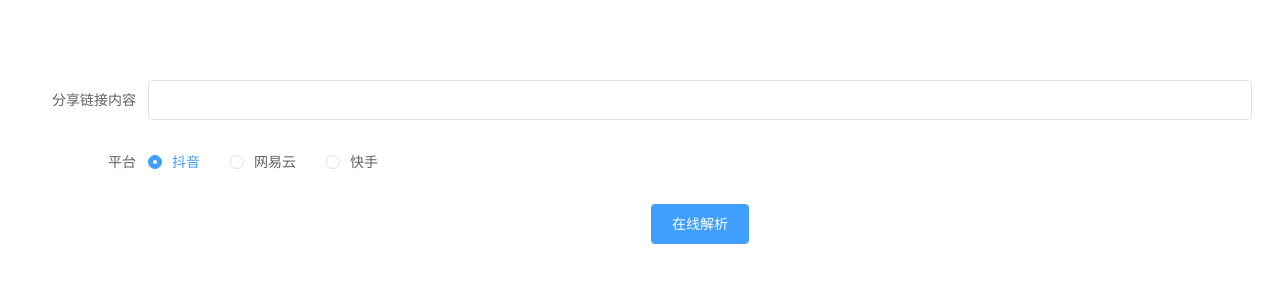
Repository: lyln/freepd
Page: / (app in frontend/freepd/)
An editor plug-in stored every save of this project. The page is shown before and after a run of saves, followed by the edit.
The browser window is 1280 px wide. The pictures show the whole page.
The project was rebuilt for these pictures with package versions that can differ from the ones it lists, and the page was loaded fresh each time.

Above is the page before, as saved 2022-05-22 17:55:14.

### frontend/freepd/index.html
<!DOCTYPE html>
<html>
  <head>
    <meta charset="utf-8">
    <meta name="viewport" content="width=device-width,initial-scale=1.0">
    <title>freepd</title>
  </head>
  <body>
    <div id="app"></div>
    <!-- built files will be auto injected -->
  </body>
</html>

### frontend/freepd/src/main.js
// The Vue build version to load with the `import` command
// (runtime-only or standalone) has been set in webpack.base.conf with an alias.
import Vue from 'vue'
import App from './App'
import router from './router'
import ElementUI from 'element-ui';
import 'element-ui/lib/theme-chalk/index.css';

Vue.config.productionTip = false
Vue.use(ElementUI)

/* eslint-disable no-new */
new Vue({
  el: '#app',
  router,
  components: { App },
  template: '<App/>'
})

### frontend/freepd/src/App.vue
<template>
	<div id="app">
		<router-view />
	</div>
</template>

<script>
export default {
	name: 'App',
}
</script>

<style>
#app {
	font-family: 'Avenir', Helvetica, Arial, sans-serif;
	-webkit-font-smoothing: antialiased;
	-moz-osx-font-smoothing: grayscale;
	text-align: center;
	color: #2c3e50;
	margin-top: 60px;
}
</style>

### frontend/freepd/src/components/HelloWorld.vue
<template>
	<el-container>
		<el-main style="wide: 80%">
			<el-row>
				<el-col :span="24">
					<div class="grid-content bg-purple-dark"></div>

					<el-form ref="form" :model="form" label-width="120px">
						<el-form-item label="分享链接内容">
							<el-input v-model="form.url"></el-input>
						</el-form-item>
						<el-form-item label="平台" label-width="120px">
							<div style="text-align: left">
								<el-radio-group v-model="form.type">
									<el-radio :label="1">抖音</el-radio>
									<el-radio :label="2">网易云</el-radio>
									<el-radio :label="3">快手</el-radio>
								</el-radio-group>
							</div>

						</el-form-item>
						<el-form-item>
							<el-button type="primary" @click="onSubmit">在线解析</el-button>
						</el-form-item>
					</el-form>

				</el-col>
			</el-row>
		</el-main>
	</el-container>

</template>
<script>
export default {
	name: 'HelloWorld',
	data() {
		return {
			msg: 'free parse download',
			form: {
				url: '',
				type: 1,
			},
		}
	},
	methods: {
		onSubmit() {
			console.log('submit!')
		},
	},
}
</script>

<!-- Add "scoped" attribute to limit CSS to this component only -->
<style scoped>
h1,
h2 {
	font-weight: normal;
}
ul {
	list-style-type: none;
	padding: 0;
}
li {
	display: inline-block;
	margin: 0 10px;
}
a {
	color: #42b983;
}
</style>

Loaded but not shown: frontend/freepd/src/router/index.js (common file)

After the next 2 saves:
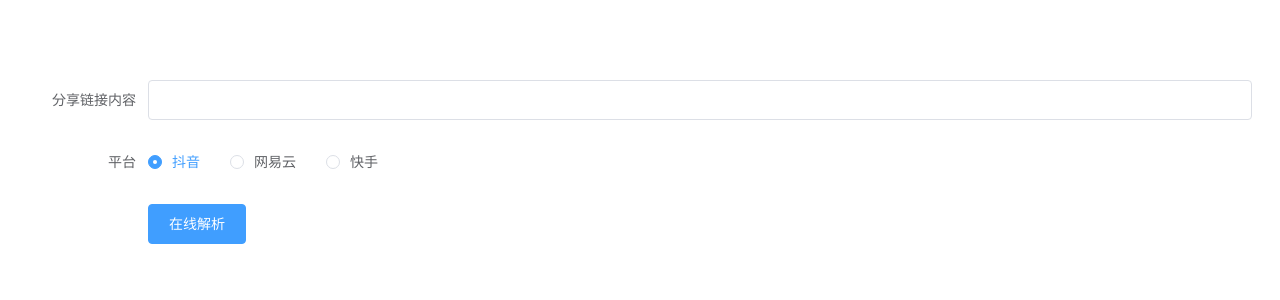
The 2 saves are shown as one change because 1 did not build or start.
The last was saved 3 min 49 s later.
--- a/frontend/freepd/src/components/HelloWorld.vue
+++ b/frontend/freepd/src/components/HelloWorld.vue
@@ -20,7 +20,9 @@
 
 						</el-form-item>
 						<el-form-item>
-							<el-button type="primary" @click="onSubmit">在线解析</el-button>
+							<div style="text-align: left">
+								<el-button type="primary" @click="onSubmit">在线解析</el-button>
+							</div>
 						</el-form-item>
 					</el-form>
 
